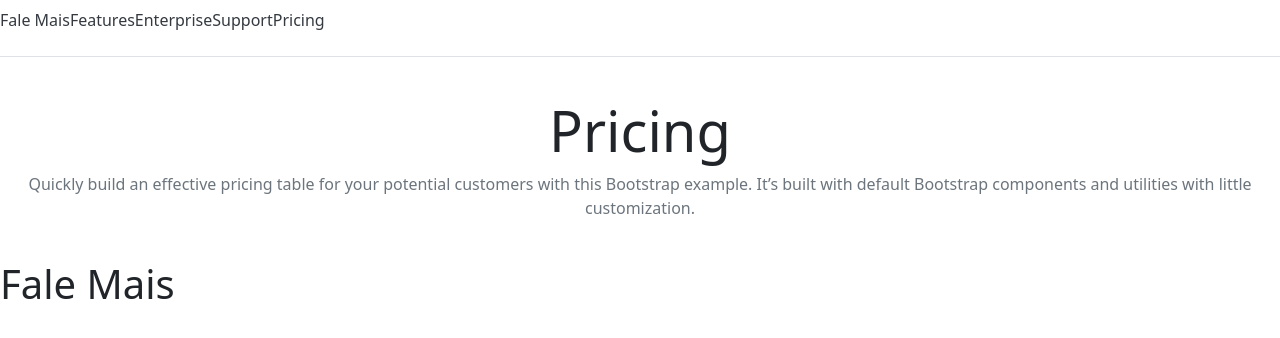
Repository: JuniorMagalhaesDeAlcantara/Fale-Mais
Page: src/resource/index.html
The author's editor kept a copy of each file at every save. The page is drawn from the files as they stood at one save, then again after the next save.
The browser window is 1280 px wide. The pictures show the whole page.

Above is the page before, as saved 2022-08-02 13:50:33.

### src/resource/index.html
<!DOCTYPE html>
<html lang="pt-br">
<head>
  <meta charset="UTF-8">
  <meta name="viewport" content="width=device-width, initial-scale=1.0">
  <title>Fale Mais</title>
  <link rel="stylesheet" href="https://stackpath.bootstrapcdn.com/bootstrap/5.0.0-alpha1/css/bootstrap.min.css" integrity="sha384-r4NyP46KrjDleawBgD5tp8Y7UzmLA05oM1iAEQ17CSuDqnUK2+k9luXQOfXJCJ4I" crossorigin="anonymous">
  <script src="https://cdn.jsdelivr.net/npm/popper.js@1.16.0/dist/umd/popper.min.js" integrity="sha384-Q6E9RHvbIyZFJoft+2mJbHaEWldlvI9IOYy5n3zV9zzTtmI3UksdQRVvoxMfooAo" crossorigin="anonymous"></script>
  <script src="https://stackpath.bootstrapcdn.com/bootstrap/5.0.0-alpha1/js/bootstrap.min.js" integrity="sha384-oesi62hOLfzrys4LxRF63OJCXdXDipiYWBnvTl9Y9/TRlw5xlKIEHpNyvvDShgf/" crossorigin="anonymous"></script>
</head>
<body>
    <header>
        <div class="d-flex flex-column flex-md-row align-items-center pb-3 mb-4 border-bottom">
          <a href="/" class="d-flex align-items-center text-dark text-decoration-none">
             <span class="fs-4">Fale Mais</span>
          </a>

          <nav class="d-inline-flex mt-2 mt-md-0 ms-md-auto">
            <a class="me-3 py-2 text-dark text-decoration-none" href="#">Features</a>
            <a class="me-3 py-2 text-dark text-decoration-none" href="#">Enterprise</a>
            <a class="me-3 py-2 text-dark text-decoration-none" href="#">Support</a>
            <a class="py-2 text-dark text-decoration-none" href="#">Pricing</a>
          </nav>
        </div>

        <div class="pricing-header p-3 pb-md-4 mx-auto text-center">
          <h1 class="display-4 fw-normal">Pricing</h1>
          <p class="fs-5 text-muted">Quickly build an effective pricing table for your potential customers with this Bootstrap example. It’s built with default Bootstrap components and utilities with little customization.</p>
        </div>
      </header>
<h1>Fale Mais</h1>
</body>
</html>

After the next save:
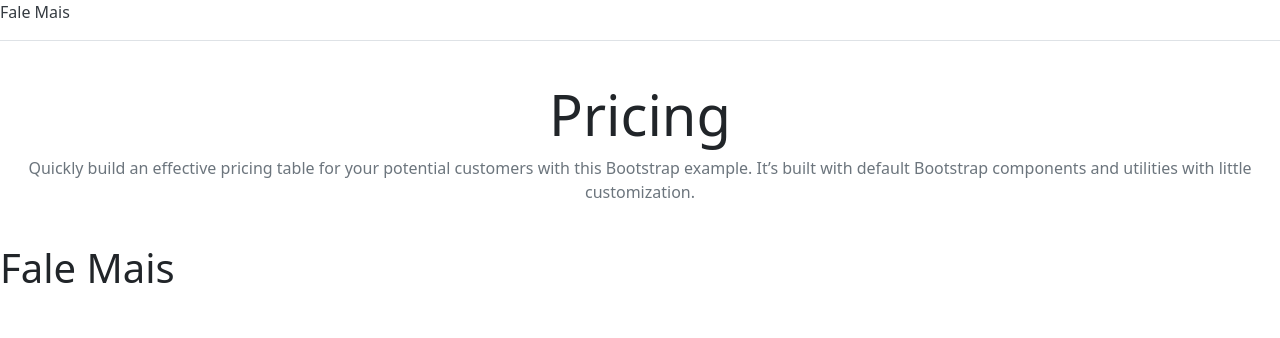
Saved 31 s later.
--- a/src/resource/index.html
+++ b/src/resource/index.html
@@ -14,13 +14,6 @@
           <a href="/" class="d-flex align-items-center text-dark text-decoration-none">
              <span class="fs-4">Fale Mais</span>
           </a>
-
-          <nav class="d-inline-flex mt-2 mt-md-0 ms-md-auto">
-            <a class="me-3 py-2 text-dark text-decoration-none" href="#">Features</a>
-            <a class="me-3 py-2 text-dark text-decoration-none" href="#">Enterprise</a>
-            <a class="me-3 py-2 text-dark text-decoration-none" href="#">Support</a>
-            <a class="py-2 text-dark text-decoration-none" href="#">Pricing</a>
-          </nav>
         </div>
 
         <div class="pricing-header p-3 pb-md-4 mx-auto text-center">
